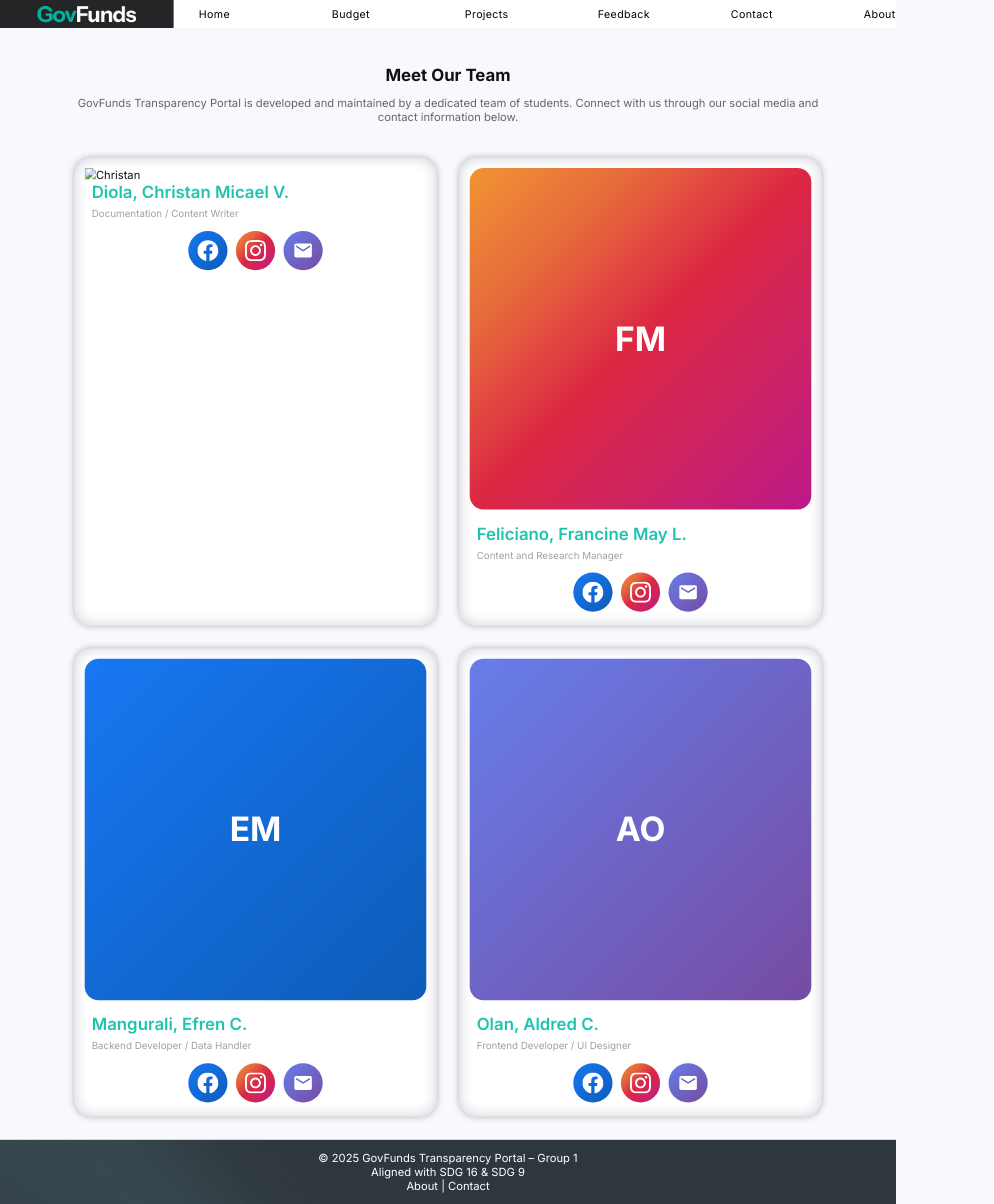
Repository: efren319/GovFunds
Page: templates/contact.html
An editor plug-in stored every save of this project. The page is shown before and after the next save, followed by the edit.
The browser window is 1280 px wide. The page is 1420 px wide, so the pictures cover 1420 px, including what lies to the right of the window. The pictures show the whole page, at 70% of full size.
Pictures or frames that could not be fetched are drawn as grey boxes. Some web fonts or font styles are not loaded; a fallback is used. The template is drawn by Flask 3. The application's start-up code is not run. The template is opened directly, without the code that normally fills it, so the values that code supplies are empty.

Above is the page before, as saved 2025-12-08 01:30:48.
Not found: static/images/christan photo.webp

After the next save:
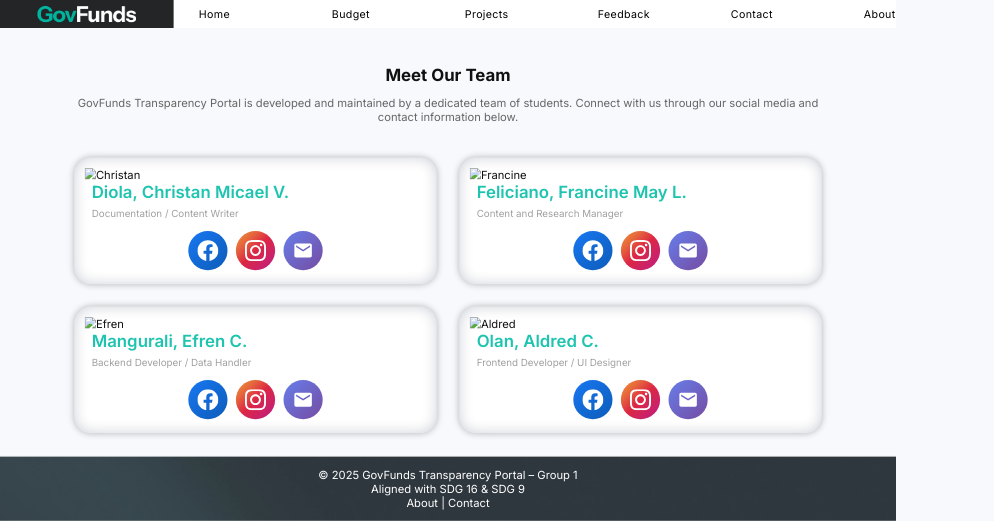
Not found: static/images/aldred photo.webp
Not found: static/images/efren photo.webp
Not found: static/images/francine photo.webp
Saved 10 s later.
--- a/templates/contact.html
+++ b/templates/contact.html
@@ -31,7 +31,7 @@
 
     <!-- Feliciano, Francine May L. -->
     <div class="profile-card">
-      <div class="profile-avatar gradient-instagram">FM</div>
+      <img src="/static/images/francine photo.webp" alt="Francine" class="profile-avatar-image">
 
       <div class="profile-info">
         <h3 class="profile-name">Feliciano, Francine May L.</h3>
@@ -53,7 +53,7 @@
 
     <!-- Mangurali, Efren C. -->
     <div class="profile-card">
-      <div class="profile-avatar gradient-facebook">EM</div>
+      <img src="/static/images/efren photo.webp" alt="Efren" class="profile-avatar-image">
 
       <div class="profile-info">
         <h3 class="profile-name">Mangurali, Efren C.</h3>
@@ -75,7 +75,7 @@
 
     <!-- Olan, Aldred C. -->
     <div class="profile-card">
-      <div class="profile-avatar gradient-purple">AO</div>
+      <img src="/static/images/aldred photo.webp" alt="Aldred" class="profile-avatar-image">
 
       <div class="profile-info">
         <h3 class="profile-name">Olan, Aldred C.</h3>
